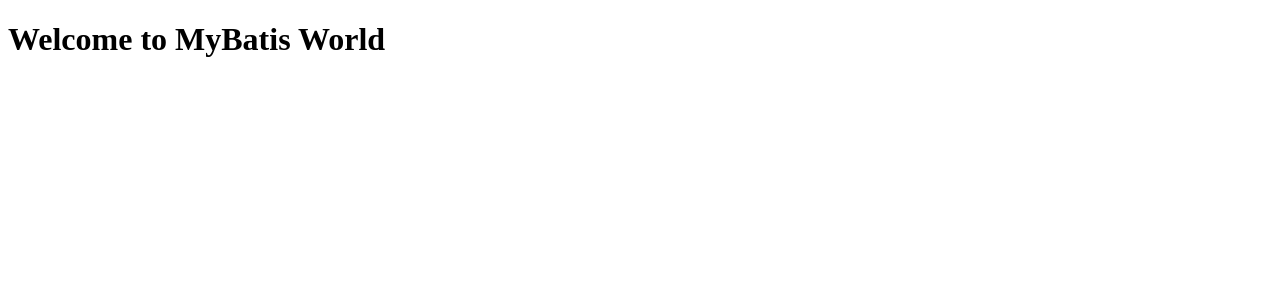
Repository: kimalbab/07_mybatis
Page: http://localhost/mybatisProject/
The author's editor kept a copy of each file at every save. The page is drawn from the files as they stood at one save, then again after a run of saves.
The browser window is 1280 px wide. The pictures show the whole page.
The page is served by Tomcat 9.

Above is the page before, as saved 2022-08-12 05:27:07.

After the next 3 saves:
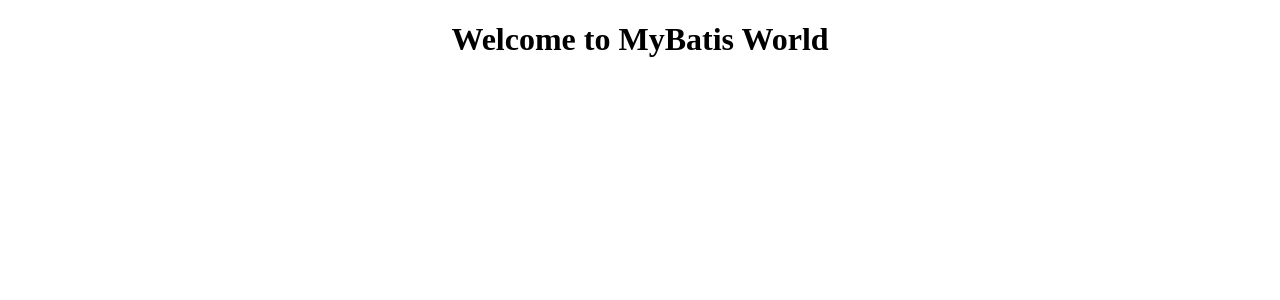
The 3 saves are shown as one change because they came seconds apart.
The last was saved 21 s later.
--- a/mybatisProject/src/main/webapp/WEB-INF/views/common/menubar.jsp
+++ b/mybatisProject/src/main/webapp/WEB-INF/views/common/menubar.jsp
@@ -8,6 +8,8 @@
 <title>Insert title here</title>
 </head>
 <body>
-	<h1>Welcome to MyBatis World</h1>
+	<h1 align="center">Welcome to MyBatis World</h1>
+	<br>
+
 </body>
 </html>
